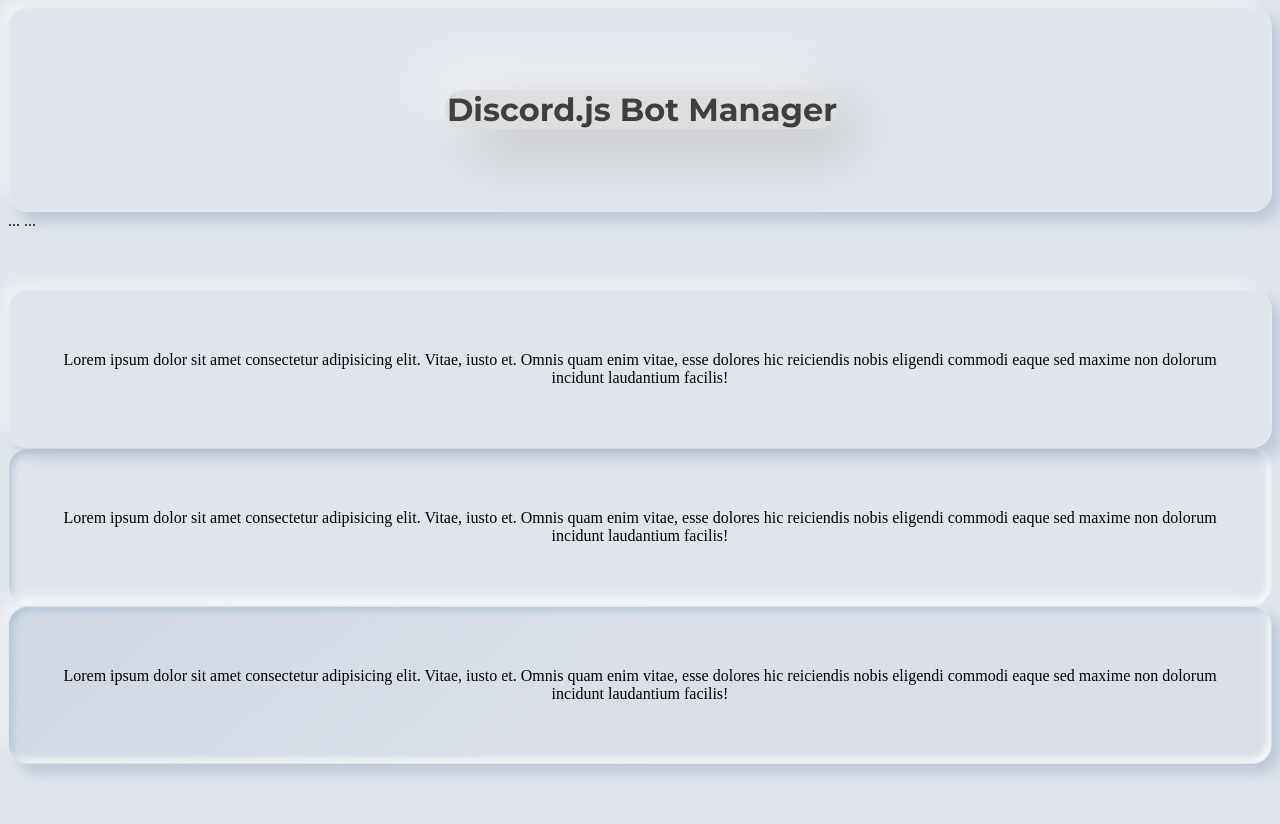
Repository: O-Schell/Discord-Bot-Manager
Page: Web_Interface/main.HTML
The author's editor kept a copy of each file at every save. The page is drawn from the files as they stood at one save, then again after the next save.
The browser window is 1280 px wide. The pictures show the whole page.
The style sheet was rebuilt from its Sass, Less or Tailwind sources for each picture, by a compiler version that may differ from the author's.

Above is the page before, as saved 2020-11-22 23:34:16.
Not found: Web_Interface/script.js

### Web_Interface/main.HTML
<!DOCTYPE html>
<html lang="fr">
  <head>
    <meta charset="utf-8" />
    <title>Titre de la page</title>
    <link rel="stylesheet" href="style.css" />
    <script src="script.js"></script>
  </head>

  <body>
    <div class="container">
        <div class="row">
            <div class="card-w col-md-4">
              <div class="card neumorphism">
                <div class="card__icon"></div>
                <div class="card__text">
                  <h1>Discord.js Bot Manager</h1>
                </div>
              </div>
            </div>
      ...
      <!-- Le reste du contenu -->
      ...
    </div>

    <div class="container wrapper">
      <div class="row">
        <div class="card-w col-md-4">
          <div class="card neumorphism">
            <div class="card__icon"></div>
            <div class="card__text">
              Lorem ipsum dolor sit amet consectetur adipisicing elit. Vitae,
              iusto et. Omnis quam enim vitae, esse dolores hic reiciendis nobis
              eligendi commodi eaque sed maxime non dolorum incidunt laudantium
              facilis!
            </div>
          </div>
        </div>
        <div class="card-w col-md-4">
          <div class="card inset">
            <div class="card__icon"></div>
            <div class="card__text">
              Lorem ipsum dolor sit amet consectetur adipisicing elit. Vitae,
              iusto et. Omnis quam enim vitae, esse dolores hic reiciendis nobis
              eligendi commodi eaque sed maxime non dolorum incidunt laudantium
              facilis!
            </div>
          </div>
        </div>
        <div class="card-w col-md-4">
          <div class="card active">
            <div class="card__icon"></div>
            <div class="card__text">
              Lorem ipsum dolor sit amet consectetur adipisicing elit. Vitae,
              iusto et. Omnis quam enim vitae, esse dolores hic reiciendis nobis
              eligendi commodi eaque sed maxime non dolorum incidunt laudantium
              facilis!
            </div>
          </div>
        </div>
      </div>
    </div>
  </body>
</html>

### Web_Interface/style.scss
@import url("https://fonts.googleapis.com/css?family=Montserrat:400,700&display=swap");

body {
  background-color: #dedede;
}
h1 {
  font-size: 2.5vw;
  padding-left: 0.5%;
  width: max-content;
  font-family: "Montserrat";
  border-radius: 25px;
  background: #dedede;
  box-shadow: 20px 20px 60px #bdbdbd, -20px -20px 60px #ffffff;
  color: #3f3f3f;
}

/* variables */
$bkg: #f7f8fc;
$l-grad-hex-100: #efeff6;
$l-grad-rgba-100: rgba(179, 202, 226, 0.28);

$d-grad-100: dark;

body {
  //background: linear-gradient(318.32deg, #C3D1E4 0%, #DDE7F3 55%, #D4E0ED 100%);
  background: #e0e5ec;
  min-height: 100vh;
}
.wrapper {
  margin: 60px auto;
}

.neumorphism {
  background-color: #e0e5ec;
  //dark
  box-shadow: 9px 9px 16px rgba(163, 177, 198, 0.6),
    -9px -9px 16px rgba(255, 255, 255, 0.5);
  //light
  //box-shadow: 4px 2px 16px rgba(136, 165, 191, 0.48), -4px -2px 16px #FFFFFF;
}

.card-w {
  .card {
    display: flex;
    flex-direction: column;
    align-items: center;
    padding: 60px 30px;
    border-radius: 30px;
    position: relative;
    background: transparent;
    border-radius: 20px;
    border: 1px solid rgba(255, 255, 255, 0.2);

    .card__icon {
    }
    .card__text {
      text-align: center;
    }
  }
}

/* inset */
.card.inset {
  box-shadow: inset 3px 3px 7px rgba(136, 165, 191, 0.48),
    inset -3px -3px 7px #ffffff;
  i {
    text-shadow: 1px 1px 1px #d6e1ef99, 0 0 0 #000, 1px 1px 1px #d6e1ef00;
  }
}

.card.active {
  box-shadow: 9px 9px 16px rgba(163, 177, 198, 0.6),
    -9px -9px 16px rgba(255, 255, 255, 0.5),
    inset 3px 3px 7px rgba(136, 165, 191, 0.48), inset -3px -3px 7px #ffffff;
  background: linear-gradient(
    318.32deg,
    rgba(163, 177, 198, 0.1) 0%,
    rgba(163, 177, 198, 0.1) 55%,
    rgba(163, 177, 198, 0.25) 100%
  );
}

After the next save:
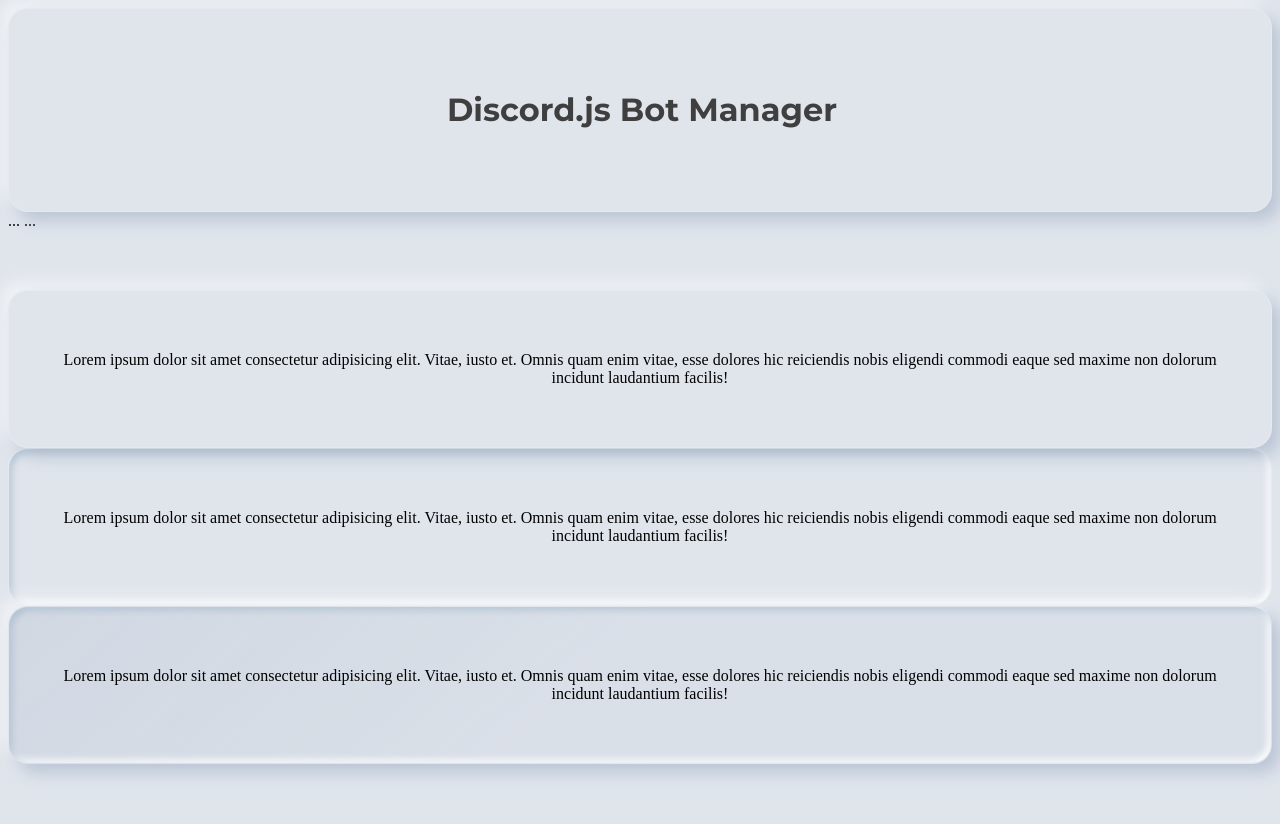
Saved 43 s later.
--- a/Web_Interface/style.scss
+++ b/Web_Interface/style.scss
@@ -8,9 +8,6 @@
   padding-left: 0.5%;
   width: max-content;
   font-family: "Montserrat";
-  border-radius: 25px;
-  background: #dedede;
-  box-shadow: 20px 20px 60px #bdbdbd, -20px -20px 60px #ffffff;
   color: #3f3f3f;
 }
 
